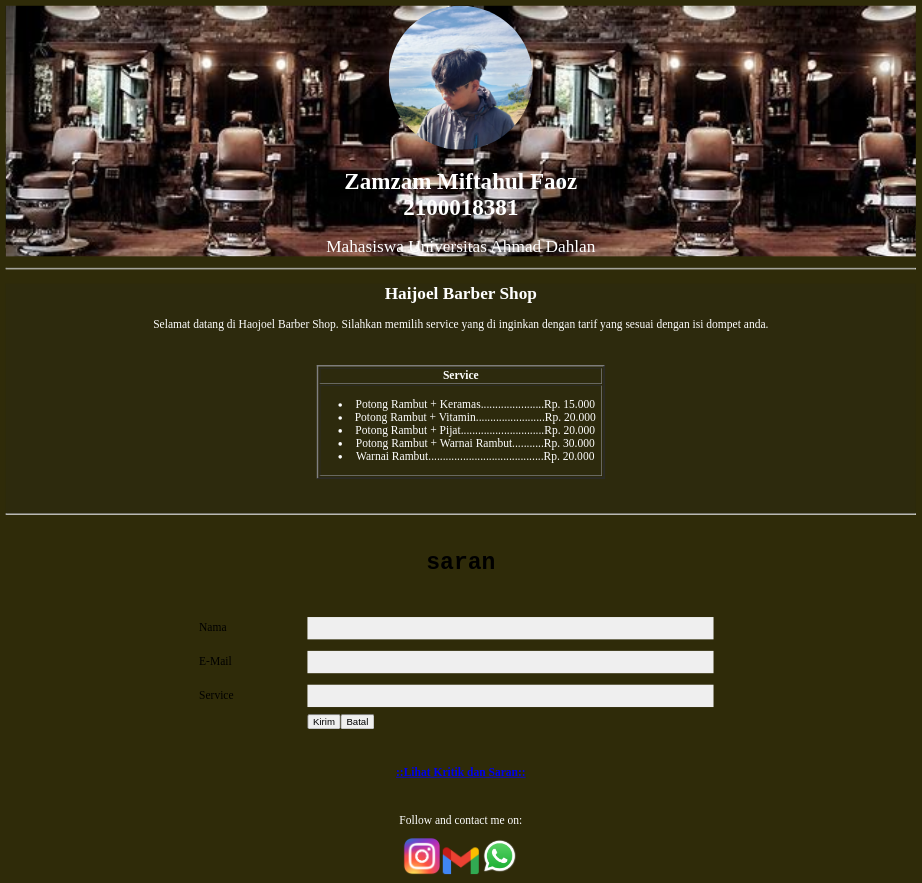
Repository: zamzam00001111/Responsi-Pweb
Page: barber.html
An editor plug-in stored every save of this project. The page is shown before and after the next save, followed by the edit.
The browser window is 1280 px wide. The pictures show the whole page, at 72% of full size.

Above is the page before, as saved 2022-07-21 04:18:27.

### barber.html
<!DOCTYPE html>
<html>
<head>
    <meta charset="UTF-8">
    <meta name="viewport" content="width=device-width, initial-scale=1.0">
    <meta http-equiv="Content-Type" content="text/html; charset=iso-8859-1">
    <title>Muhamad Dimas Joreski personal web</title>
    <link rel="stylesheet" type="text/css" href="layout.css">
    <link rel="stylesheet" type="text/php" href="proses.php">
</head>
<body>
    <header>
        <img src="my.jpg" width="200" height="200" style="border-radius: 50%;"/>
        <h1>Zamzam Miftahul Faoz<br>2100018381</h1>
        <p><font size="5">Mahasiswa Universitas Ahmad Dahlan</p></font>
    </header>
    <hr>
      <article>
        <h2>Haijoel Barber Shop</h2>
        <p>
            Selamat datang di Haojoel Barber Shop. Silahkan memilih service yang di inginkan dengan tarif yang sesuai dengan isi dompet anda.
        </p>
    <div>
        <table border="2" width="100%">
            <thead>
                <tr>
                    <th>Service </th>
                </tr>
            </thead>
            <tbody>
                <tr>
                    <td>
                        <ul>
                            <li>Potong Rambut + Keramas......................Rp. 15.000</li>
                            <li>Potong Rambut + Vitamin........................Rp. 20.000</li>
                            <li>Potong Rambut + Pijat.............................Rp. 20.000</li>
                            <li>Potong Rambut + Warnai Rambut...........Rp. 30.000</li>
                            <li>Warnai Rambut........................................Rp. 20.000</li>
                        </ul>
                    </td>
                </tr>
            </tbody>
        </table>
    </div>
    <hr />
    </article>
    <div class="critic" align="center"><strong><font size="6" face="Courier New, Courier, mono">saran </font></strong></div>
<form name="form1" method="post" action="proses.php">
    <table class="saran " width="58%" border="0" align="center">
        <tr>
            <td>Nama</td>
            <td><input name="nama" type="text" id="nama"></td>
        </tr>

        <tr>
            <td>E-Mail</td>
            <td><input name="email" type="text" id="email"></td> </tr>
        </tr>

        <tr>
            <td>Service</td>
            <td><input name="service" type="text" id="service"></td>
        </tr>

        <tr>
            <td></td>
            <td><input type="submit" name="Submit" value="Kirim"><input type="reset" name="Submit2" value="Batal">
        </td>
        </tr>
    </table>
</form>
<div class="lihat" align="center"><strong><a href="lihat.php">::Lihat Kritik dan Saran::
</a></strong></div>

    <footer>
        <p>
            Follow and contact me on:
        </p>
        <a href="https://www.instagram.com/dimas.kj_/"><img width="50px" src="instagram.jpg"></a>
        <a href="mailto:jore.sky321@gmail.com"><img width="50px" src="gmail.png"></a>
        <a href="whatsapp://send?text=Hello&phone=082290722762"><img width="50px" src="whatsapp.png"></a>
    </footer>
</body>
</html>

### layout.css
body{
	background-color: #2f2b09;
}
header{
    color: white;
    text-align: center;
    background-image: url(oip.jpg);
    background-size: 650px;
}
article{
    color: white;
    text-align: center;
    background-color: #2d2a0d;
}
div{
	max-width: 400px;
	margin: 3em auto;
}
footer{
    color: white;
    text-align: center;
}
.login {
    position: relative;
    right: 400px;
    padding: 1em;
    margin: 2em auto;
    width: 17em;
    background: #fff;
    border-radius: 3px;
  }

  label {
    font-size: 10pt;
    color: #555;
  }

  input[type="text"],
  input[type="email"],
  textarea {
    padding: 8px;
    width: 95%;
    background: #efefef;
    border: 0;
    font-size: 10pt;
    margin: 6px 0px;
  }

  .tombol {
    background: #7f8fa6;
    color: #fff;
    border: 0;
    padding: 5px 8px;
  }

After the next save:
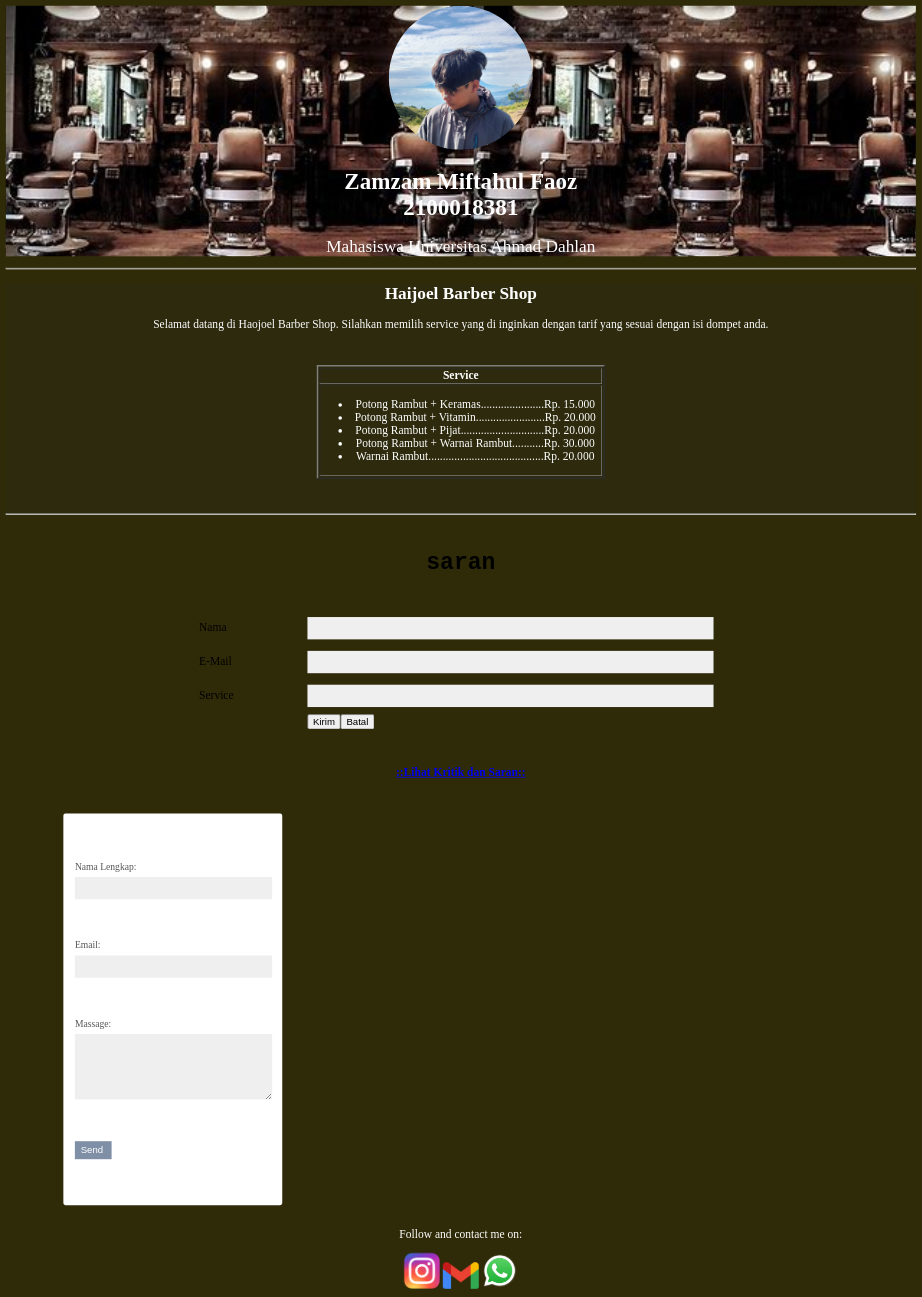
Saved 21 s later.
--- a/barber.html
+++ b/barber.html
@@ -72,6 +72,40 @@
 <div class="lihat" align="center"><strong><a href="lihat.php">::Lihat Kritik dan Saran::
 </a></strong></div>
 
+<div class="login" >
+    <form action="#" method="POST" onSubmit="validasi()">
+        <div>
+            <label>Nama Lengkap:</label>
+            <input type="text" name="nama" id="nama" />
+        </div>
+        <div>
+            <label>Email:</label>
+            <input type="email" name="email" id="email" />
+        </div>
+        <div>
+            <label>Massage:</label>
+            <textarea cols="40" rows="5" name="alamat" id="alamat"></textarea>
+        </div>
+        <div>
+            <input type="submit" value="Send " class="tombol">
+        </div>
+    </form>
+</div>
+
+<script type="text/javascript">
+    function validasi() {
+        var nama = document.getElementById("nama").value;
+        var email = document.getElementById("email").value;
+        var alamat = document.getElementById("alamat").value;
+        if (nama != "" && email!="" && alamat !="") {
+            alert('Terimakasih sudah Mengirim pesan')
+            return true;
+
+        }else{
+            alert('Anda harus mengisi data dengan lengkap !');
+        }
+    }
+</script>
     <footer>
         <p>
             Follow and contact me on:
